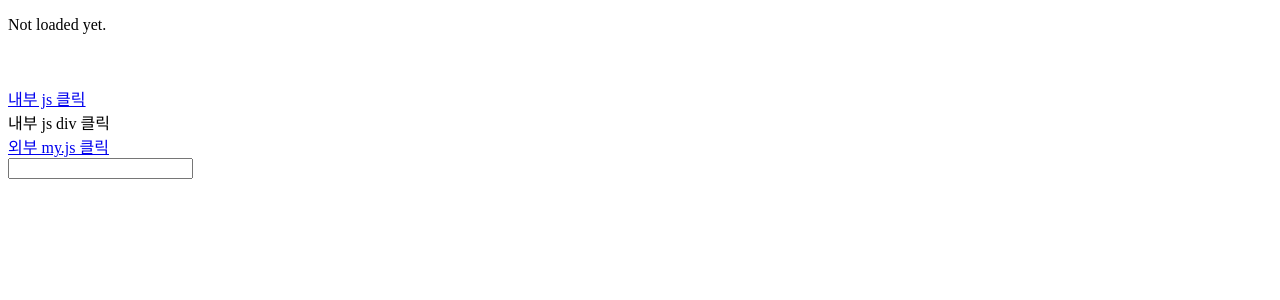
Repository: hinoky4693/workspace
Page: http://localhost/web_prj/lec_script.jsp
An editor plug-in stored every save of this project. The page is shown before and after the next save, followed by the edit.
The browser window is 1280 px wide. The pictures show the whole page.
The page is served by Tomcat 9.

Above is the page before, as saved 2024-05-24 03:53:52.

After the next save:
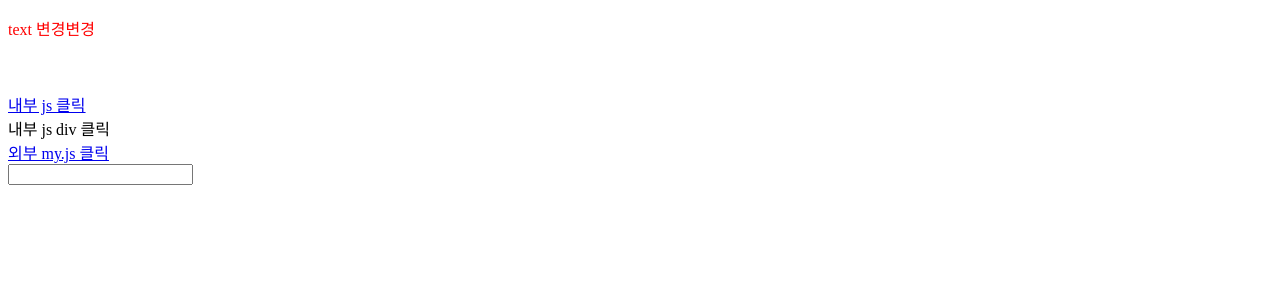
Saved 80 min 33 s later.
--- a/web_prj/src/main/webapp/lec_script.jsp
+++ b/web_prj/src/main/webapp/lec_script.jsp
@@ -21,10 +21,18 @@
 		//$				   	 (function() {});
 
 		$(function() {
-			$("p").text = "text 변경변경";
+			//$("p").text = "text 변경변경";
+			$("p").text(	"text 변경변경"	);
 		});
 
 	</script>
+<style>
+  p {
+    	color: red;
+	}
+</style>
+
+
 </head>
 
 <body>
